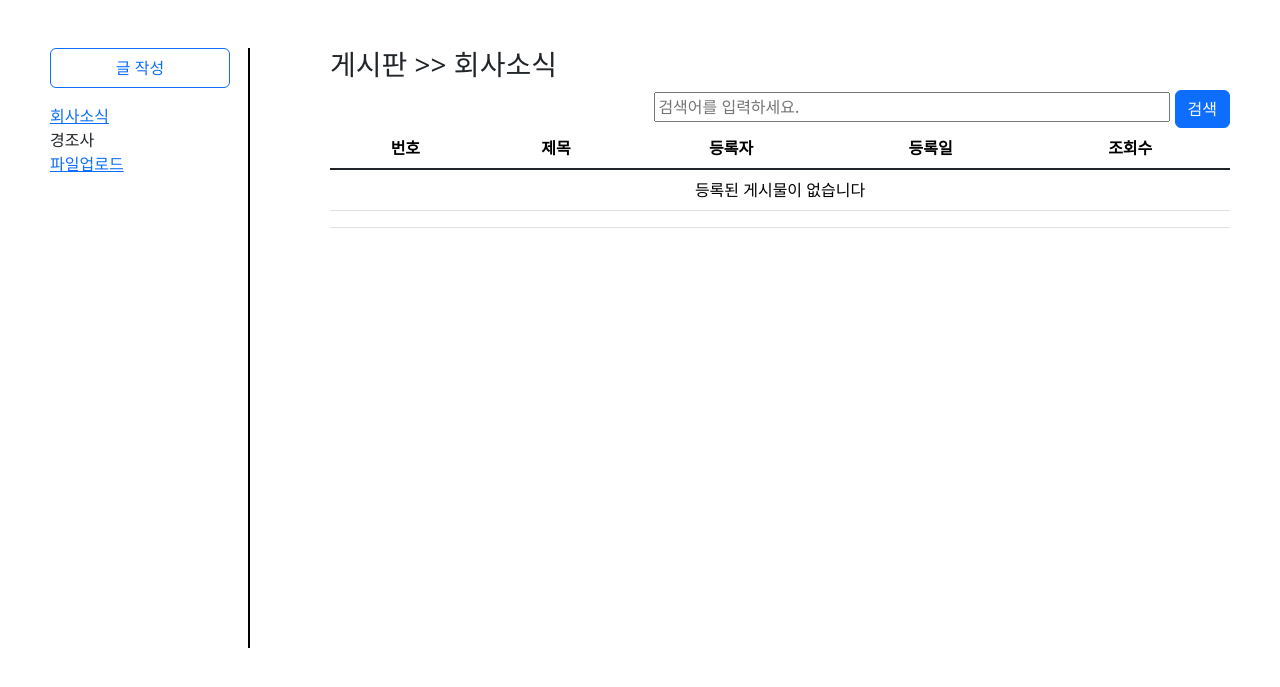
Repository: KimDongGyuu/final
Page: http://localhost/aceworks/WEB-INF/views/company_news/company_news_List.jsp
An editor plug-in stored every save of this project. The page is shown before and after a run of saves, followed by the edit.
The browser window is 1280 px wide. The pictures show the whole page.
The page is served by Tomcat 9. Nobody is signed in. The template is opened directly, without the code that normally fills it, so the values that code supplies are empty.

Above is the page before, as saved 2024-03-17 03:58:05.

After the next 3 saves:
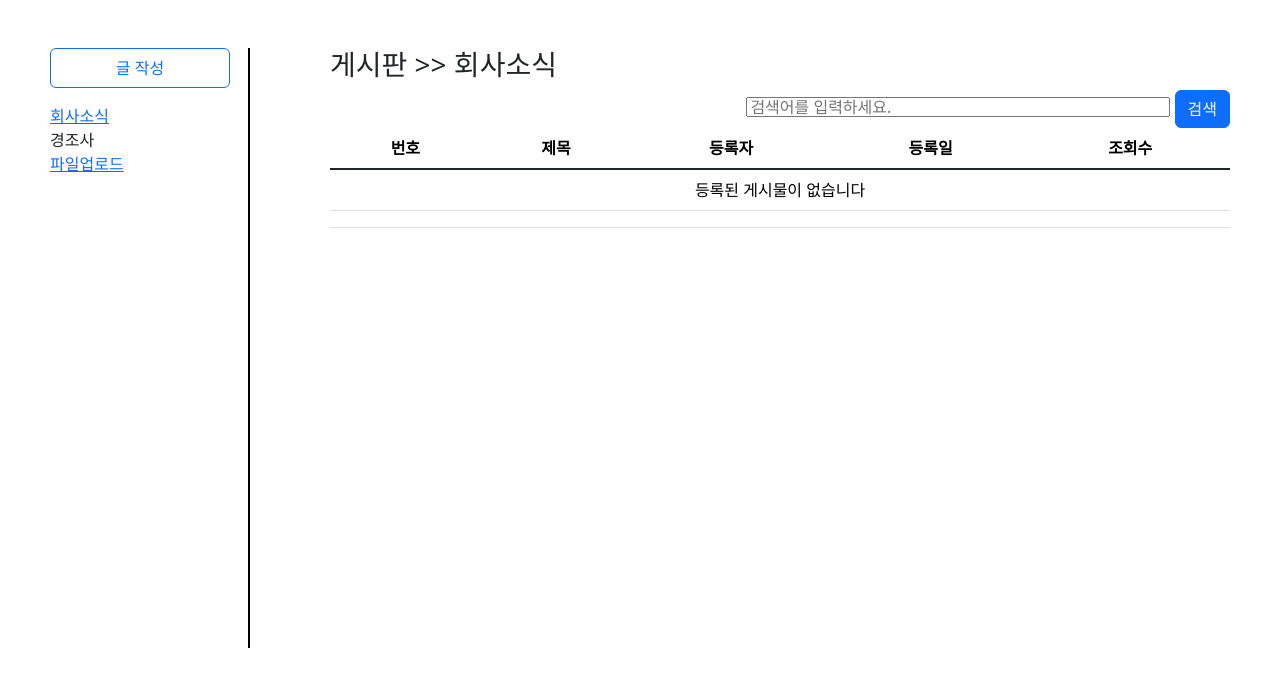
The 3 saves are shown as one change because they came seconds apart.
The last was saved 28 s later.
--- a/aceworks/src/main/webapp/WEB-INF/views/company_news/company_news_List.jsp
+++ b/aceworks/src/main/webapp/WEB-INF/views/company_news/company_news_List.jsp
@@ -46,7 +46,7 @@ h3 {
 		<div class="mt-5 mb-2"><span class="h3">게시판 &gt;&gt; 회사소식</span></div>
 <div class="mt-2 d-flex gap-2 justify-content-end">
     <form action="company_newsSearch.do">
-        <input type="text" id="searchKeyword" name="keyword" placeholder="검색어를 입력하세요." size="50" style="height: px;">
+        <input type="text" id="searchKeyword" name="keyword" placeholder="검색어를 입력하세요." size="40" style="height: 20px;">
         <button id="Sbt" type="submit" class="btn btn btn-primary">검색</button>
     </form>
 </div>
